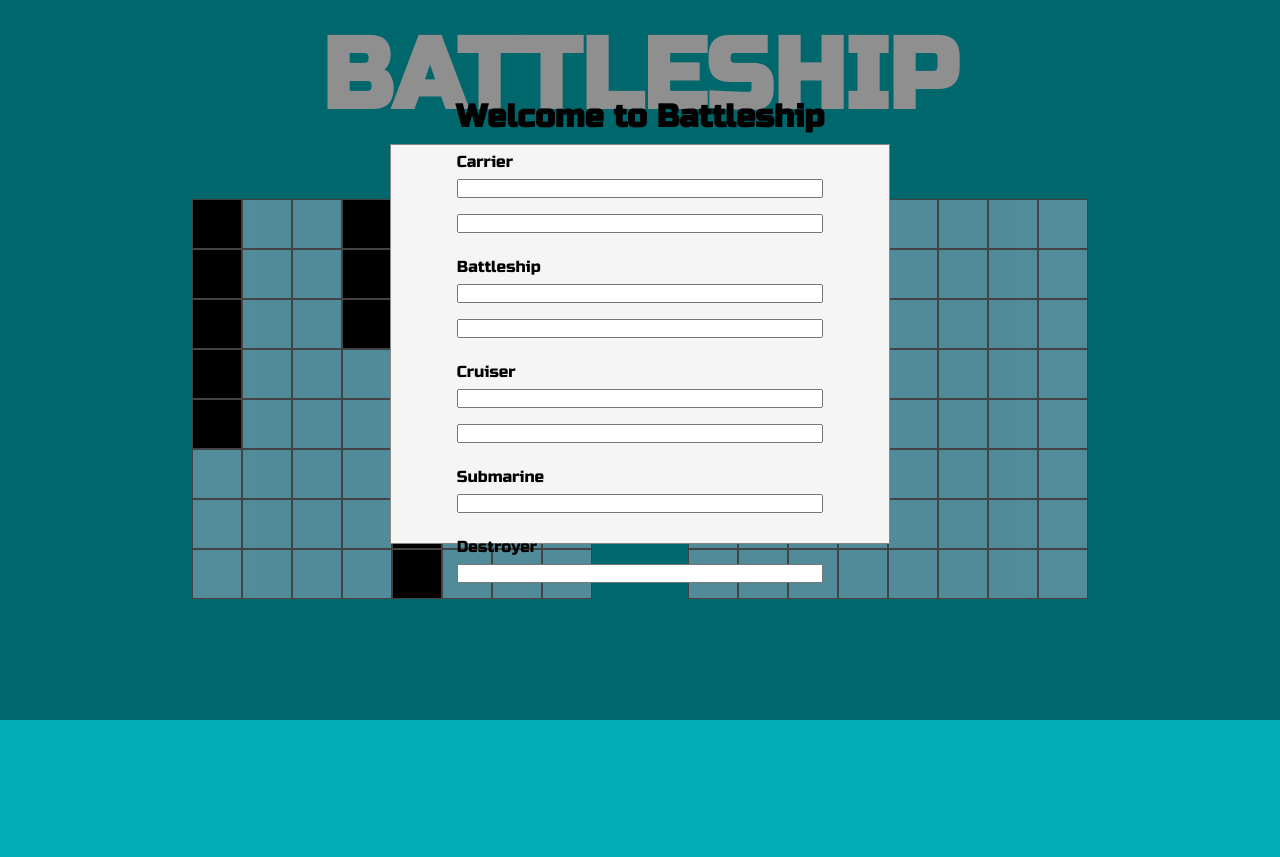
Repository: AzharMoosa/battleship
Page: /
The author's editor kept a copy of each file at every save. The page is drawn from the files as they stood at one save, then again after a run of saves.
The browser window is 1280 px wide. The pictures show the whole page.
The project was rebuilt for these pictures with package versions that can differ from the ones it lists, and the page was loaded fresh each time.

Above is the page before, as saved 2020-07-09 10:12:22.

### src/App.js
import React from "react";
import Header from "./components/Header";
import Board from "./components/Board";
import { PlayersProvider } from "./context/PlayersContext";
import "./App.css";

function App() {
  return (
    <PlayersProvider>
      <div>
        <Header />
        <Board />
      </div>
    </PlayersProvider>
  );
}

export default App;

### src/components/Header.js
import React from "react";

const Header = () => {
  return (
    <div className='header'>
      <h1>Battleship</h1>
    </div>
  );
};

export default Header;

### src/components/Board.js
import React, { useState, Fragment } from "react";
import Square from "./Square";
import PlainSquare from "./PlainSquare";
import Player from "../functions/Player";
import Gameboard from "../functions/Gameboard";
import Overlay from "./Overlay";
import HitMiss from "./HitMiss";
import PlaceShip from "./PlaceShip";
import { v4 as uuidv4 } from "uuid";

const Board = () => {
  // eslint-disable-next-line
  const [player, setPlayer] = useState(Player(false));
  // eslint-disable-next-line
  const [computer, setComputer] = useState(Player(true));
  const [playerBoard, setPlayerBoard] = useState(Gameboard());
  const [computerBoard, setComputerBoard] = useState(Gameboard());
  const [playerTurn, setPlayerTurn] = useState(true);

  const getOutcome = (hit) => {
    let outcome = document.querySelector(".hit-miss-outcome");
    if (hit === true) {
      outcome.innerHTML = "Hit!";
    } else {
      outcome.innerHTML = "Miss!";
    }
  };

  const startGame = () => {
    playerBoard.placeShip(0, 0, player.ships[0], 1);
    playerBoard.placeShip(4, 4, player.ships[1], 1);
    playerBoard.placeShip(3, 0, player.ships[2], 1);
    playerBoard.placeShip(5, 0, player.ships[3], 1);
    playerBoard.placeShip(7, 0, player.ships[4], 1);

    computerBoard.placeShip(0, 0, computer.ships[0], 0);
    computerBoard.placeShip(4, 2, computer.ships[1], 0);
    computerBoard.placeShip(0, 3, computer.ships[2], 0);
    computerBoard.placeShip(3, 5, computer.ships[3], 0);
    computerBoard.placeShip(0, 7, computer.ships[4], 0);
  };

  const getBoardElm = (elm) => {
    if (elm !== "") {
      return "square ship";
    } else {
      return "square";
    }
  };

  const displayModal = (name) => {
    let modal = document.querySelector(".modal");
    let title = document.querySelector(".winner-name");
    let overlay = document.querySelector(".overlay");
    modal.style.display = "block";
    overlay.style.display = "none";
    if (name === "Computer") {
      title.innerHTML = "Computer Wins";
    } else if (name === "Player") {
      title.innerHTML = "Player Wins";
    }
  };

  const resetGame = () => {
    setPlayer(Player(false));
    setComputer(Player(true));
    setPlayerBoard(Gameboard());
    setComputerBoard(Gameboard());
    setPlayerTurn(true);
    let modal = document.querySelector(".modal");
    let overlay = document.querySelector(".overlay");
    let outcome = document.querySelector(".hit-miss-outcome");
    modal.style.display = "none";
    overlay.style.display = "grid";
    outcome.innerHTML = "";
  };

  const gameOver = () => {
    if (playerBoard.allShipSunk(player.ships)) {
      displayModal("Computer");
    } else if (computerBoard.allShipSunk(computer.ships)) {
      displayModal("Player");
    }
  };

  const attackComputer = (e) => {
    if (playerTurn === true) {
      let updatedBoard = computerBoard;
      // Get Coord
      let coords = e.target.id.split(",");
      let x = coords[1];
      let y = coords[0];
      player.attackEnemy(updatedBoard, parseInt(x), parseInt(y));
      if (computerBoard.grid[x][y] === "") {
        e.target.classList.add("ship-miss");
        getOutcome(false);
      } else {
        e.target.classList.add("ship-hit");
        getOutcome(true);
      }
      setComputerBoard(updatedBoard);
      setPlayerTurn(false);
    }
    computerTurn();
  };

  const computerTurn = () => {
    if (playerTurn === true) {
      let updatedBoard = playerBoard;
      let randomCoords = computer.getRandomCoords();
      let square = document.getElementById(randomCoords);
      let coords = randomCoords.split(",");
      let x = coords[1];
      let y = coords[0];
      computer.computerAttack(updatedBoard, x, y);
      if (playerBoard.grid[x][y] === "") {
        square.classList.add("ship-miss");
      } else {
        square.classList.add("ship-hit");
      }
      gameOver();
      setPlayerBoard(updatedBoard);
      setPlayerTurn(true);
    }
  };

  return (
    <Fragment>
      <PlaceShip />
      <div className='container'>
        <HitMiss />
        <div className='game-boards'>
          {startGame()}
          <div className='game-board'>
            {playerBoard.grid.map((col, j) =>
              col.map((elm, i) => (
                <Square
                  key={uuidv4()}
                  elm={elm}
                  getBoardElm={getBoardElm}
                  id={`${i},${j}`}
                />
              ))
            )}
          </div>

          <div className='comp'>
            <div className='game-board comp-board'>
              {computerBoard.grid.map((col, j) =>
                col.map((elm, i) => (
                  <Square
                    key={uuidv4()}
                    elm={elm}
                    getBoardElm={getBoardElm}
                    attackComputer={attackComputer}
                    id={`${i},${j}`}
                  />
                ))
              )}
            </div>
            <div className='overlay game-board'>
              {computerBoard.grid.map((col, j) =>
                col.map((elm, i) => <PlainSquare key={uuidv4()} />)
              )}
            </div>
          </div>
        </div>
        <Overlay resetGame={resetGame} />
      </div>
    </Fragment>
  );
};

export default Board;

### src/context/PlayersContext.js
import React, { useState, createContext } from "react";
import Player from "../functions/Player";
import Gameboard from "../functions/Gameboard";

export const PlayersContext = createContext();

export const PlayersProvider = (props) => {
  const [players, usePlayers] = useState([
    // Player
    {
      player: Player(false),
      board: Gameboard(),
    },
    // Computer
    {
      player: Player(true),
      board: Gameboard(),
    },
  ]);

  return (
    <PlayersContext.Provider value={[players, usePlayers]}>
      {props.children}
    </PlayersContext.Provider>
  );
};

### src/App.css
@import url("https://fonts.googleapis.com/css2?family=Russo+One&display=swap");

:root {
  --bg-primary: #00adb5;
  --bg-light: #eeeeee;
  --bg-dark: #222831;
}

* {
  margin: 0;
  padding: 0;
  box-sizing: border-box;
}

body {
  font-family: "Russo One", sans-serif;
  background-color: var(--bg-primary);
}

.header {
  text-align: center;
}

.header h1 {
  color: var(--bg-light);
  font-size: 100px;
  text-transform: uppercase;
  margin-top: 1rem;
}

.game-boards {
  display: flex;
  align-items: center;
  justify-content: space-between;
  width: 70%;
  height: 55vh;
  margin: 3rem auto;
}

.game-board {
  display: grid;
  grid-template-columns: repeat(8, 1fr);
  width: 400px;
  height: 400px;
}

.square {
  border: 1px solid #707070;
  background-color: rgb(136, 231, 255);
  width: 50px;
  height: 50px;
  pointer-events: auto !important;
  cursor: pointer;
}

.plain-square {
  border: 1px solid #707070;
  background-color: rgb(136, 231, 255);
  width: 50px;
  height: 50px;
  pointer-events: none !important;
  cursor: pointer;
}

.ship {
  background-color: #000;
}

.ship-hit {
  background-color: rgb(255, 77, 77) !important;
  pointer-events: none !important;
}

.ship-miss {
  background-color: #fff !important;
  pointer-events: none !important;
}

.comp {
  display: grid;
}

.comp-board,
.overlay {
  grid-area: 1 / 1;
}

.container {
  display: flex;
  flex-direction: column;
  height: 100vh;
}

.overlay {
  pointer-events: none;
}

.start {
  /* display: none; */
  position: fixed;
  z-index: 1;
  left: 0;
  top: 0;
  width: 100%;
  height: 100%;
  background-color: rgb(0, 0, 0);
  background-color: rgba(0, 0, 0, 0.4);
}

.start-content {
  background-color: #f5f5f5;
  margin: 20vh auto;
  padding: 20px;
  border: 1px solid #888;
  width: 500px;
  height: 400px;
  display: flex;
  flex-direction: column;
  align-items: center;
  justify-content: center;
}

.coord-inputs {
  display: flex;
  flex-direction: column;
  width: 80%;
  margin-top: 1rem;
}

.coord-input {
  margin: 0.5rem 0;
}

.modal {
  display: none;
  position: fixed;
  z-index: 1;
  left: 0;
  top: 0;
  width: 100%;
  height: 100%;
  background-color: rgb(0, 0, 0);
  background-color: rgba(0, 0, 0, 0.4);
}

.modal-content-results {
  background-color: #f5f5f5;
  margin: 30vh auto;
  padding: 20px;
  border: 1px solid #888;
  width: 400px;
  height: 200px;
  display: flex;
  flex-direction: column;
  align-items: center;
  justify-content: center;
}

.winner-name {
  text-align: center;
  margin-bottom: 2rem;
  font-size: 40px;
}

.btn-primary {
  background-color: var(--bg-dark);
  color: #fff;
  width: 150px;
  height: 50px;
  font-size: 20px;
  border: none;
  outline: none;
  font-family: "Russo One", sans-serif;
  border-radius: 20px;
  cursor: pointer;
}

.hit-miss {
  display: flex;
  align-items: center;
  justify-content: center;
  margin-top: 1rem;
}

.hit-miss-outcome {
  color: #fff;
  font-size: 50px;
}

@media (min-width: 1700px) {
  .game-boards {
    height: 70vh;
    width: 80%;
  }

  .game-board {
    width: 650px;
    height: 650px;
  }

  .square,
  .plain-square {
    width: 81.25px;
    height: 81.25px;
  }
}

@media (max-width: 1200px) {
  .game-boards {
    height: 70vh;
    width: 80%;
    display: flex;
    flex-direction: column;
  }

  .game-board {
    width: 500px;
    height: 500px;
  }

  .comp {
    margin-top: 3rem;
  }

  .square,
  .plain-square {
    width: 62.5px;
    height: 62.5px;
  }
}

@media (max-width: 768px) {
  .header h1 {
    font-size: 60px;
  }

  .game-boards {
    width: 80%;
    display: flex;
    flex-direction: column;
  }

  .game-board {
    width: 400px;
    height: 400px;
  }

  .comp {
    margin-top: 3rem;
  }

  .square,
  .plain-square {
    width: 50px;
    height: 50px;
  }
}

@media (max-width: 414px) {
  .header h1 {
    font-size: 40px;
  }

  .game-boards {
    width: 70%;
    display: flex;
    flex-direction: column;
  }

  .game-board {
    width: 300px;
    height: 300px;
  }

  .comp {
    margin-top: 3rem;
  }

  .square,
  .plain-square {
    width: 37.5px;
    height: 37.5px;
  }

  .modal-content-results {
    width: 300px;
  }

  .winner-name {
    font-size: 35px;
  }

  .btn-primary {
    background-color: var(--bg-dark);
    color: #fff;
    width: 150px;
    height: 50px;
    font-size: 20px;
    border: none;
    outline: none;
    font-family: "Russo One", sans-serif;
    border-radius: 20px;
    cursor: pointer;
  }
}

@media (max-width: 375px) {
  .header h1 {
    font-size: 35px;
  }

  .game-boards {
    width: 70%;
    display: flex;
    flex-direction: column;
  }

  .game-board {
    width: 280px;
    height: 280px;
  }

  .comp {
    margin-top: 3rem;
  }

  .square,
  .plain-square {
    width: 35px;
    height: 35px;
  }
}

@media (max-width: 320px) {
  .modal-content-results {
    width: 250px;
  }

  .winner-name {
    font-size: 30px;
  }
}

### src/components/Square.js
import React from "react";

const Square = ({ elm, attackComputer, getBoardElm, id }) => {
  return (
    <div className={getBoardElm(elm)} id={id} onClick={attackComputer}></div>
  );
};

export default Square;

### src/components/PlainSquare.js
import React from "react";

const PlainSquare = () => {
  return <div className='plain-square'></div>;
};

export default PlainSquare;

### src/functions/Player.js
import Ship from "./Ship";

const Player = (ai) => {
  let previousShots = [];

  // Create Ships
  let carrier = Ship("Carrier", 5);
  let battleship = Ship("Battleship", 4);
  let cruiser = Ship("Cruiser", 3);
  let submarine = Ship("Submarine", 3);
  let destroyer = Ship("Destroyer", 2);
  let ships = [carrier, battleship, cruiser, submarine, destroyer];

  const attackEnemy = (enemyBoard, x, y) => {
    if (!previousShots.includes([x, y])) {
      enemyBoard.receiveAttack(x, y);
      previousShots.push([parseInt(x), parseInt(y)]);
      return true;
    }
    return false;
  };

  const checkCoord = (x, y) => {
    previousShots.forEach((coords) => {
      if (
        parseInt(coords[1]) === parseInt(x) &&
        parseInt(coords[0]) === parseInt(y)
      ) {
        return true;
      }
    });
    return false;
  };

  const getRandomCoords = (gameboard) => {
    let maximum = 7;
    let minimum = 0;
    let x = 0;
    let y = 0;

    do {
      x = Math.floor(Math.random() * (maximum - minimum + 1)) + minimum;
      y = Math.floor(Math.random() * (maximum - minimum + 1)) + minimum;
    } while (checkCoord(x, y));
    return `${x},${y}`;
  };

  const computerAttack = (enemyBoard, x, y) => {
    enemyBoard.receiveAttack(x, y);
    previousShots.push([x, y]);
  };

  return { previousShots, ships, attackEnemy, computerAttack, getRandomCoords };
};

export default Player;

### src/functions/Gameboard.js
const Gameboard = () => {
  let previousShots = [];
  const grid = new Array(8).fill("");
  for (let i = 0; i < grid.length; i++) {
    grid[i] = new Array(8).fill("");
  }

  const getGrid = () => {
    return grid;
  };

  const getPreviousShots = () => {
    return previousShots;
  };

  const placeShip = (x, y, ship, orientation) => {
    // Horizontal Orientation = 0
    // Vertical Orientation = 1

    // Check If Ship Fits
    let shipLength = ship.length;

    if (orientation === 0) {
      for (let i = x; i < x + ship.length; i++) {
        if (grid[y][i] !== "" || x + shipLength > 8) {
          return false;
        }
        grid[y][i] = ship;
        ship.setShipCoords(y, i);
      }
    } else if (orientation === 1) {
      for (let i = y; i < y + ship.length; i++) {
        if (grid[i][x] !== "" || y + shipLength > 8) {
          return false;
        }
        grid[i][x] = ship;
        ship.setShipCoords(i, x);
      }
    }
    return true;
  };

  const flatten = (arr) => {
    return arr.join(" |-| ");
  };

  const receiveAttack = (x, y) => {
    // Check if ship is at position
    if (grid[x][y] !== "") {
      let ship = grid[x][y];
      let shipCoords = ship.getShipCoords();
      let arrSearch = shipCoords.map((row) => {
        return flatten(row);
      });
      let pos = arrSearch.indexOf(flatten([x, y]));
      if (!ship.isHit(pos)) {
        ship.hit(pos);
        return true;
      }
    }
    previousShots.push([x, y]);
    return false;
  };

  const allShipSunk = (ships) => {
    for (let i = 0; i < ships.length; i++) {
      if (!ships[i].isSunk()) {
        return false;
      }
    }

    return true;
  };

  return {
    grid,
    previousShots,
    getGrid,
    placeShip,
    receiveAttack,
    getPreviousShots,
    allShipSunk,
  };
};

export default Gameboard;

### src/components/Overlay.js
import React from "react";

const Overlay = ({ resetGame }) => {
  return (
    <div className='modal'>
      <div className='modal-content-results'>
        <h1 className='winner-name'>Player Wins</h1>
        <button className='btn-primary' onClick={resetGame}>
          Restart
        </button>
      </div>
    </div>
  );
};

export default Overlay;

### src/components/HitMiss.js
import React from "react";

const HitMiss = () => {
  return (
    <div className='hit-miss'>
      <h1 className='hit-miss-outcome'>{}</h1>
    </div>
  );
};

export default HitMiss;

### src/components/PlaceShip.js
import React, { useState } from "react";

const PlaceShip = () => {
  const [carrierX, setCarrierX] = useState("");
  const [carrierY, setCarrierY] = useState("");
  const [battleshipX, setBattleshipX] = useState("");
  const [battleshipY, setBattleshipY] = useState("");
  const [cruiserX, setCruiserX] = useState("");
  const [cruiserY, setCruiserY] = useState("");
  const [submarineX, setSubmarineX] = useState("");
  const [submarineY, setSubmarineY] = useState("");
  const [destroyerX, setDestroyerX] = useState("");
  const [destroyerY, setDestroyerY] = useState("");

  return (
    <div className='start'>
      <div className='start-content'>
        <h1>Welcome to Battleship</h1>
        <div className='coord-inputs'>
          <label htmlFor='carrier'>Carrier</label>
          <input
            type='text'
            onChange={(e) => setCarrierX(e.target.value)}
            className='coord-input'
          />
          <input
            type='text'
            onChange={(e) => setCarrierY(e.target.value)}
            className='coord-input'
          />
        </div>
        <div className='coord-inputs'>
          <label htmlFor='battleship'>Battleship</label>
          <input
            type='text'
            onChange={(e) => setBattleshipX(e.target.value)}
            className='coord-input'
          />
          <input
            type='text'
            onChange={(e) => setBattleshipY(e.target.value)}
            className='coord-input'
          />
        </div>
        <div className='coord-inputs'>
          <label htmlFor='cruiser'>Cruiser</label>
          <input
            type='text'
            onChange={(e) => setCruiserX(e.target.value)}
            className='coord-input'
          />
          <input
            type='text'
            onChange={(e) => setCruiserY(e.target.value)}
            className='coord-input'
          />
        </div>
        <div className='coord-inputs'>
          <label htmlFor='submarine'>Submarine</label>
          <input
            type='text'
            onChange={(e) => setSubmarineX(e.target.value)}
            className='coord-input'
          />
        </div>
        <div className='coord-inputs'>
          <label htmlFor='destroyer'>Destroyer</label>
          <input
            type='text'
            onChange={(e) => setDestroyerX(e.target.value)}
            className='coord-input'
          />
        </div>
      </div>
    </div>
  );
};

export default PlaceShip;

### src/functions/Ship.js
const Ship = (name, length) => {
  // Fills ship with false
  const ship = new Array(length).fill(false);
  let shipCoords = [];

  // Hit
  const hit = (pos) => (ship[pos] = true);

  // If Ship Sunk
  const isSunk = () => {
    return ship.every((v) => v === true);
  };

  const isHit = (pos) => {
    return ship[pos] === true ? true : false;
  };

  // Returns ship
  const getShip = () => {
    return ship;
  };

  const setShipCoords = (x, y) => {
    shipCoords.push([x, y]);
  };

  const getShipCoords = () => {
    return shipCoords;
  };

  return {
    name,
    ship,
    length,
    hit,
    isSunk,
    isHit,
    getShip,
    setShipCoords,
    getShipCoords,
  };
};

export default Ship;

Loaded but not shown: public/index.html (common file); src/index.js (common file)

After the next 2 saves:
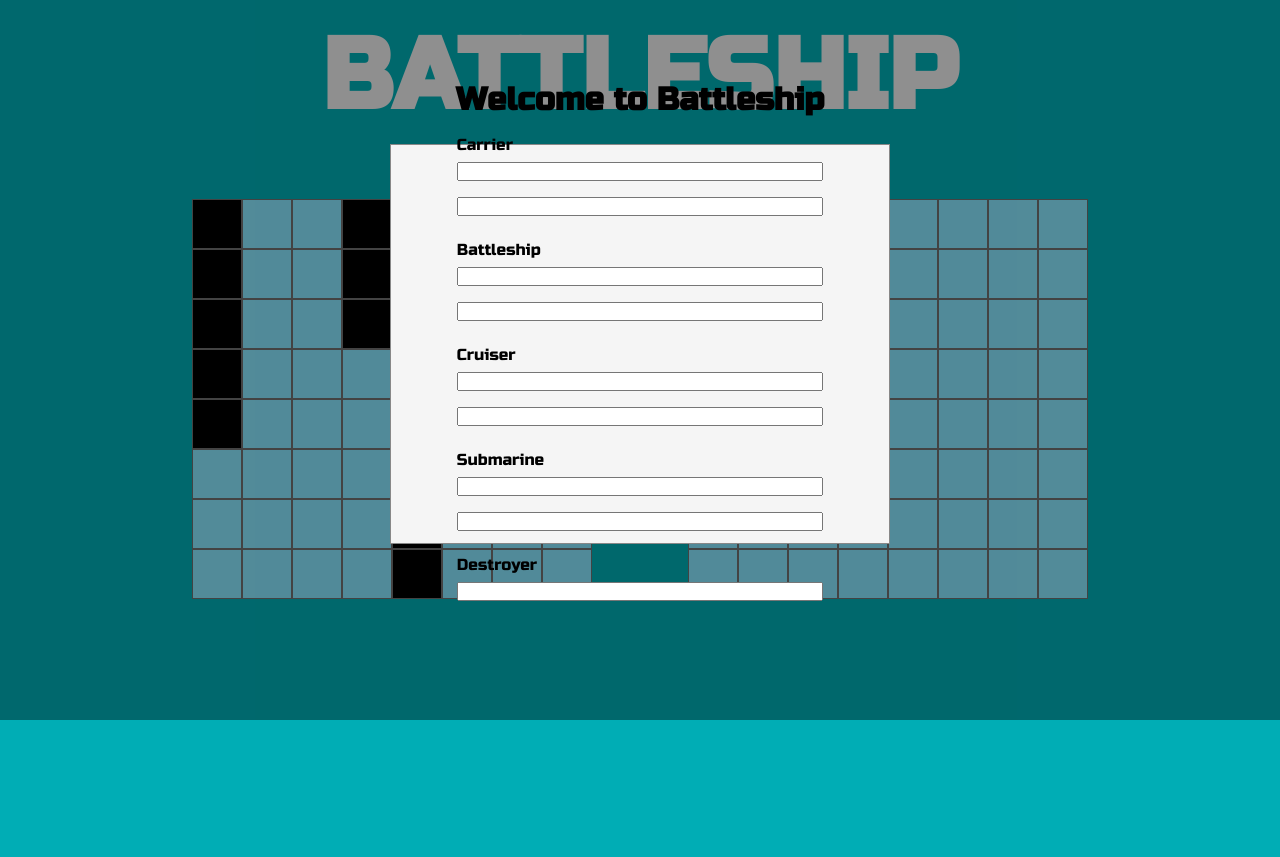
The 2 saves are shown as one change because they came seconds apart.
The last was saved 8 s later.
--- a/src/components/PlaceShip.js
+++ b/src/components/PlaceShip.js
@@ -62,6 +62,11 @@ const PlaceShip = () => {
             onChange={(e) => setSubmarineX(e.target.value)}
             className='coord-input'
           />
+          <input
+            type='text'
+            onChange={(e) => setSubmarineY(e.target.value)}
+            className='coord-input'
+          />
         </div>
         <div className='coord-inputs'>
           <label htmlFor='destroyer'>Destroyer</label>
